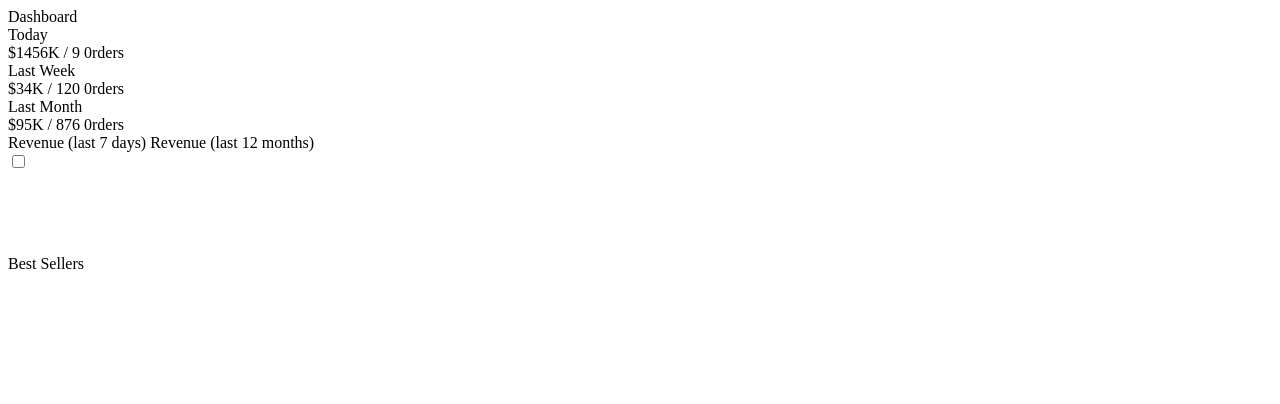
Repository: cjaymoni/FE_Submission02
Page: views/dashboard/dashboard.html
An editor plug-in stored every save of this project. The page is shown before and after the next save, followed by the edit.
The browser window is 1280 px wide. The pictures show the whole page.

Above is the page before, as saved 2022-10-04 15:37:49.

After the next save:
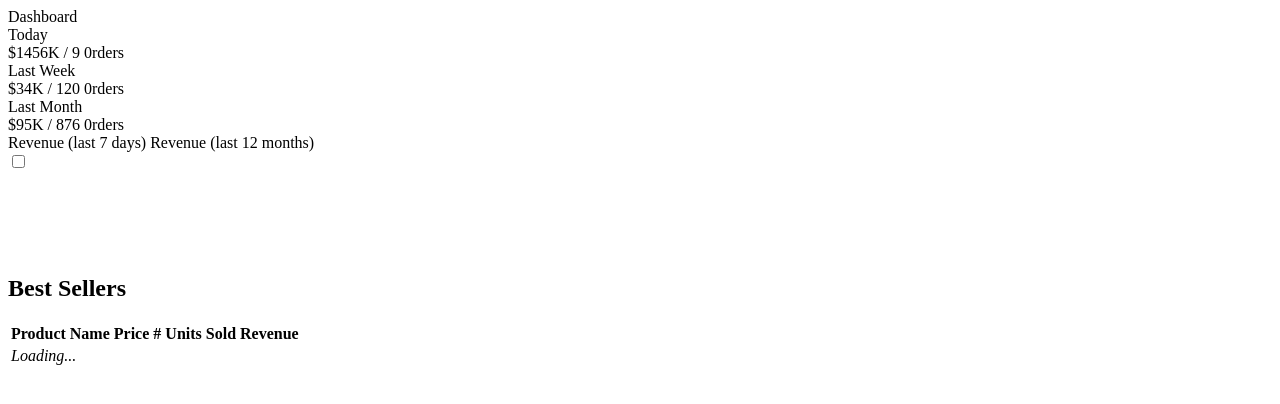
Saved 3 min 34 s later.
--- a/views/dashboard/dashboard.html
+++ b/views/dashboard/dashboard.html
@@ -76,10 +76,10 @@
 
   <div class="container-col">
     <div>
-      <span>Best Sellers</span>
+      <span><h2>Best Sellers</h2></span>
     </div>
     <table id="table">
-      <!-- <thead>
+      <thead>
         <tr>
           <th>Product Name</th>
           <th>Price</th>
@@ -89,37 +89,9 @@
       </thead>
       <tbody>
         <tr>
-          <td>John Doe</td>
-          <td>2020-10-10</td>
-          <td>$100</td>
-          <td>Delivered</td>
+          <td colspan="4"><i>Loading...</i></td>
         </tr>
-        <tr>
-          <td>John Doe</td>
-          <td>2020-10-10</td>
-          <td>$100</td>
-          <td>Delivered</td>
-        </tr>
-        <tr>
-          <td>John Doe</td>
-          <td>2020-10-10</td>
-          <td>$100</td>
-          <td>Delivered</td>
-        </tr>
-        <tr>
-          <td>John Doe</td>
-          <td>2020-10-10</td>
-          <td>$100</td>
-          <td>Delivered</td>
-        </tr>
-
-        <tr>
-          <td>John Doe</td>
-          <td>2020-10-10</td>
-          <td>$100</td>
-          <td>Delivered</td>
-        </tr>
-      </tbody> -->
+      </tbody>
     </table>
   </div>
 </div>
